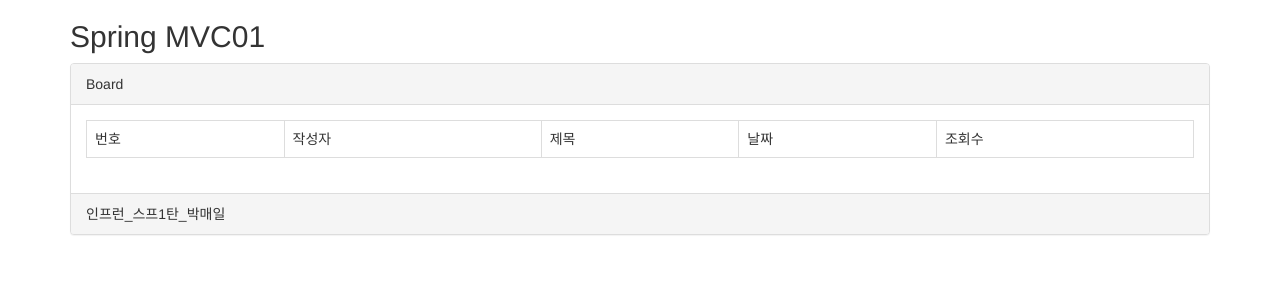
Repository: yejun95/spring-MVC-practice-eGov
Page: http://localhost/SpringMVC01/boardList.do
The author's editor kept a copy of each file at every save. The page is drawn from the files as they stood at one save, then again after the next save.
The browser window is 1280 px wide. The pictures show the whole page.
The page is served by Tomcat 9.

Above is the page before, as saved 2023-08-05 13:39:08.

After the next save:
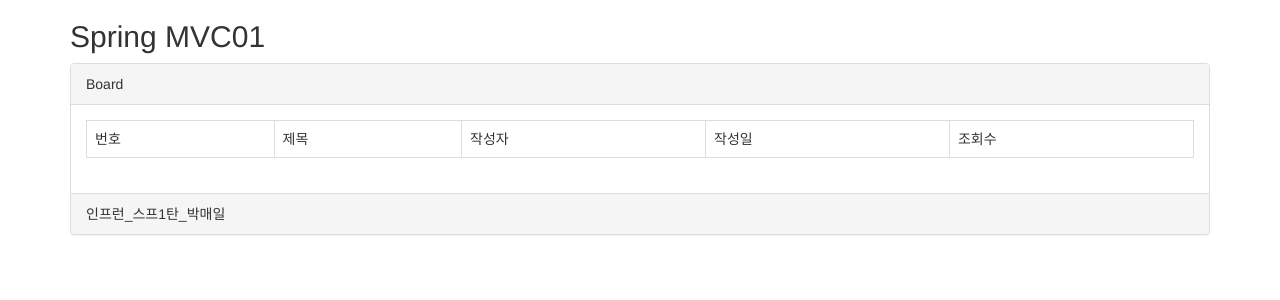
Saved 54 s later.
--- a/SpringMVC01/src/main/webapp/WEB-INF/views/boardList.jsp
+++ b/SpringMVC01/src/main/webapp/WEB-INF/views/boardList.jsp
@@ -21,9 +21,9 @@
     	<table class="table table-bordered table-hover">
     		<tr>
     			<td>번호</td>
+    			<td>제목</td>
     			<td>작성자</td>
-    			<td>제목</td>
-    			<td>날짜</td>
+    			<td>작성일</td>
     			<td>조회수</td>
     		</tr>
     	</table>
